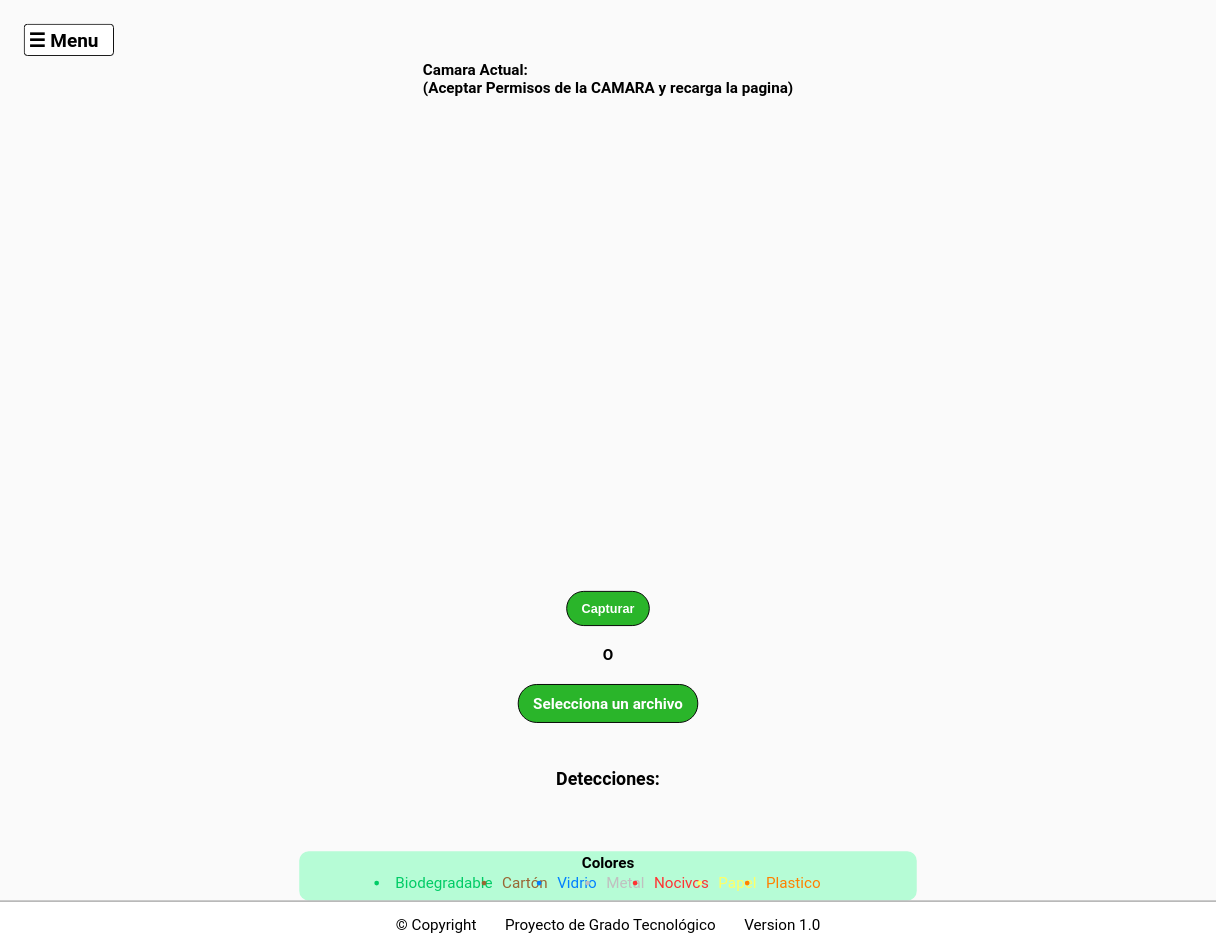
Repository: castecabas/Recicladora
Page: http://localhost/model
These files come from the project's save history. The page is drawn as it stood at one moment and after the next save; the edit follows.
The browser window is 1280 px wide. The pictures show the whole page, at 95% of full size.
Pictures or frames that could not be fetched are drawn as grey boxes. The page is served by the project's application, run on Flask 3 (src/index.py).

Above is the page before, as saved 2024-12-22 20:31:07.

After the next save:
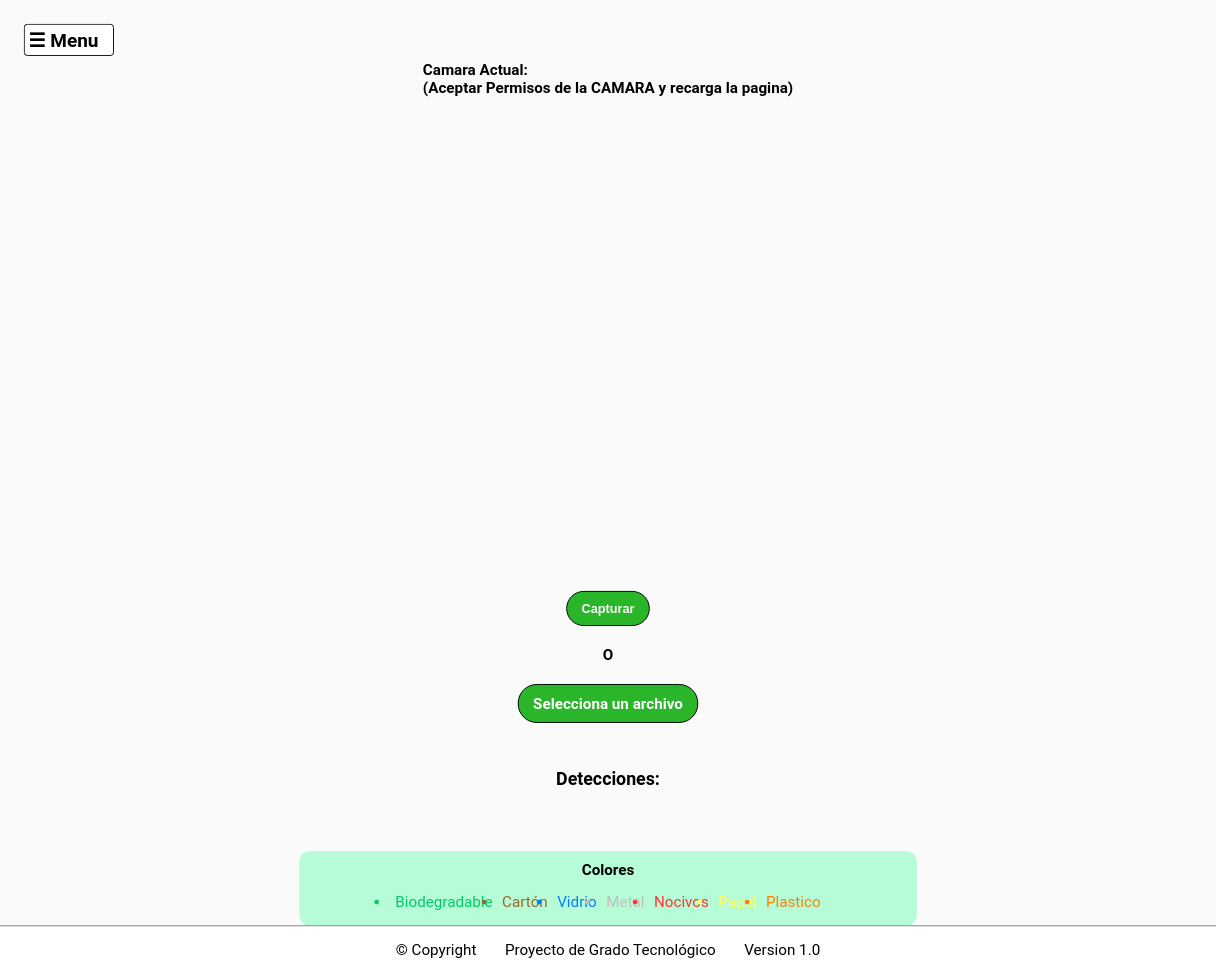
Saved 10 s later.
--- a/src/static/css/model.css
+++ b/src/static/css/model.css
@@ -319,7 +319,6 @@ label#fileinputlabel:hover {
 }
 
 div.colors{
-    line-height: 6px;
     background: rgba(165, 253, 205, 0.8);
     border-radius: 10px;
     padding: 5px;
